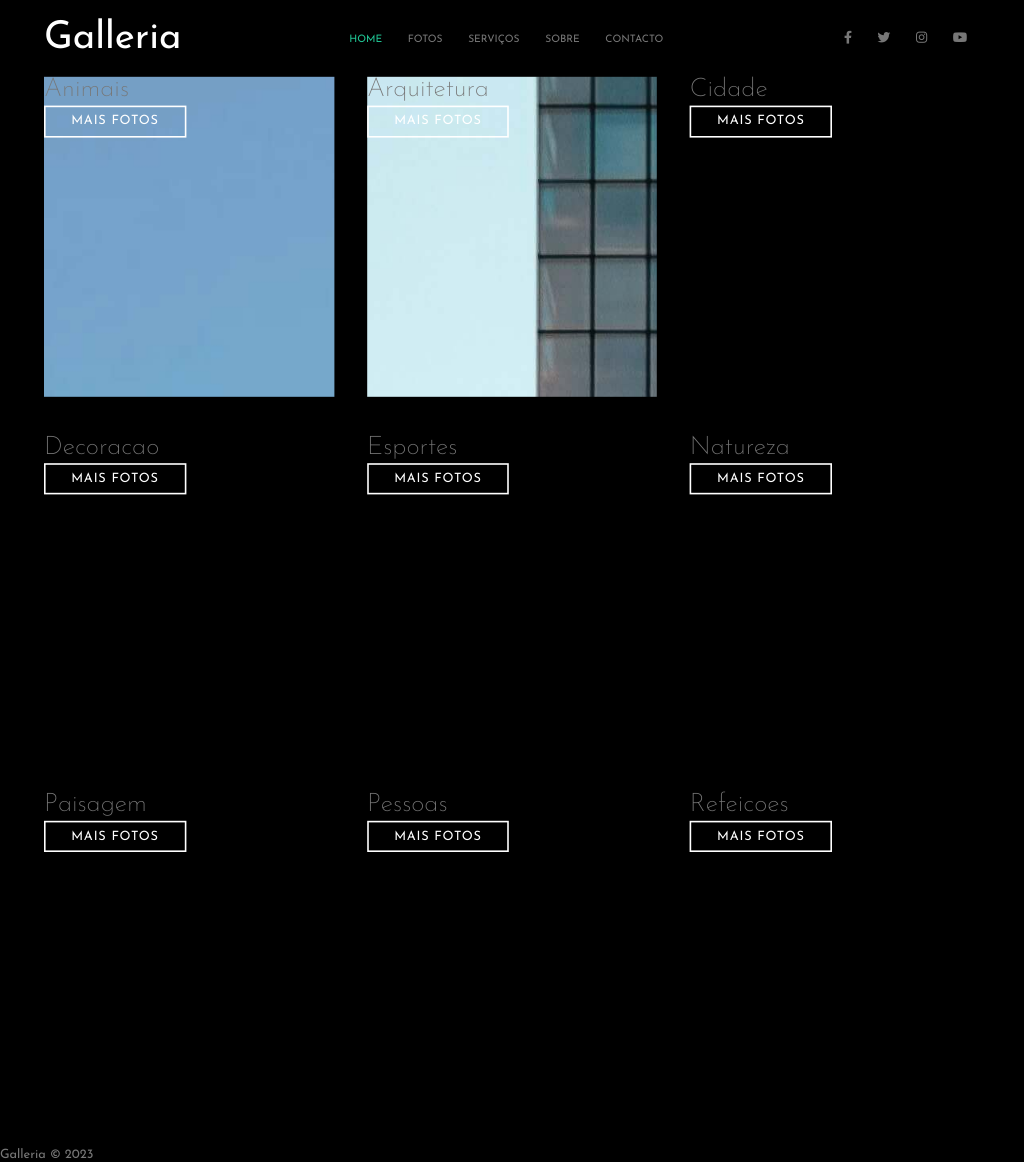
Repository: AghastyGD/gallery-sass
Page: index.html
These files come from the project's save history. The page is drawn as it stood at one moment and after the next save; the edit follows.
The browser window is 1280 px wide. The pictures show the whole page, at 80% of full size.
The style sheet was rebuilt from its Sass, Less or Tailwind sources for each picture, by a compiler version that may differ from the author's.

Above is the page before, as saved 2023-10-13 18:33:40.

### index.html
<!DOCTYPE html>
<html lang="en">
<head>
    <meta charset="UTF-8">
    <meta http-equiv="X-UA-Compatible" content="IE=edge">
    <meta name="viewport" content="width=device-width, initial-scale=1.0">

    <title>Galleria</title>
    <link rel="stylesheet" href="css/styles.css">
    <link rel="preconnect" href="https://fonts.googleapis.com">
    <link rel="preconnect" href="https://fonts.gstatic.com" crossorigin>
    <link href="https://fonts.googleapis.com/css2?family=Josefin+Sans:ital,wght@0,200;0,400;0,500;0,600;1,100;1,200;1,300;1,400;1,500;1,600;1,700&display=swap" rel="stylesheet">
    <link rel="stylesheet" href="https://cdnjs.cloudflare.com/ajax/libs/font-awesome/6.4.2/css/all.min.css" integrity="sha512-z3gLpd7yknf1YoNbCzqRKc4qyor8gaKU1qmn+CShxbuBusANI9QpRohGBreCFkKxLhei6S9CQXFEbbKuqLg0DA==" crossorigin="anonymous" referrerpolicy="no-referrer" />
</head>
<body>
    <header class="header">
        <a href="" class="header-brand">Galleria</a>
        <nav class="header-navbar">
            <ul>
                <li>
                    <a href="#" class="active">Home</a>
                </li>
                <li>
                    <a href="#">Fotos</a>
                </li>
                <li>
                    <a href="#">Serviços</a>
                </li>
                <li>
                    <a href="#">Sobre</a>
                </li>
                <li>
                    <a href="#">Contacto</a>
                </li>
            </ul>
        </nav>
        <div class="header-social-media">
            <ul>
                <li>
                    <a href="#">
                        <i class="fab fa-facebook-f"></i>
                    </a>
                </li>
                <li>
                    <a href="#">
                        <i class="fab fa-twitter"></i>
                    </a>
                </li>
                <li>
                    <a href="#">
                        <i class="fab fa-instagram"></i>
                    </a>
                </li>
                <li>
                    <a href="#">
                        <i class="fab fa-youtube"></i>
                    </a>
                </li>
            </ul>
        </div>
    </header>
    <main>
        <div class="gallery">
            <div class="gallery-card" id="card-1">
                <h2 class="gallery-card-title">Animais</h2>
                <a href="" class="gallery-card-btn">Mais fotos</a>
            </div>
            <div class="gallery-card" id="card-2">
                <h2 class="gallery-card-title">Arquitetura</h2>
                <a href="" class="gallery-card-btn">Mais fotos</a>
            </div>
            <div class="gallery-card" id="card-3">
                <h2 class="gallery-card-title">Cidade</h2>
                <a href="" class="gallery-card-btn">Mais fotos</a>
            </div>
            <div class="gallery-card" id="card-4">
                <h2 class="gallery-card-title">Decoracao</h2>
                <a href="" class="gallery-card-btn">Mais fotos</a>
            </div>
            <div class="gallery-card" id="card-5">
                <h2 class="gallery-card-title">Esportes</h2>
                <a href="" class="gallery-card-btn">Mais fotos</a>
            </div>
            <div class="gallery-card" id="card-6">
                <h2 class="gallery-card-title">Natureza</h2>
                <a href="" class="gallery-card-btn">Mais fotos</a>
            </div>
            <div class="gallery-card" id="card-7">
                <h2 class="gallery-card-title">Paisagem</h2>
                <a href="" class="gallery-card-btn">Mais fotos</a>
            </div>
            <div class="gallery-card" id="card-8">
                <h2 class="gallery-card-title">Pessoas</h2>
                <a href="" class="gallery-card-btn">Mais fotos</a>
            </div>
            <div class="gallery-card" id="card-9">
                <h2 class="gallery-card-title">Refeicoes</h2>
                <a href="" class="gallery-card-btn">Mais fotos</a>
            </div>
        </div>
    </main>
    <footer>
        <p><span>Galleria</span> &copy; 2023</p>
    </footer>

</body>
</html>

### sass/styles.sass
@use 'variables'
@use 'mixins'

*
  font-family: 'Josefin Sans'
  padding: 0
  margin: 0
  box-sizing: border-box

body
  background-color: variables.$bg-color
  color: variables.$text-color

  a
    color: variables.$text-color
    text-decoration: none
    transition: .4s

  ul
    list-style: none

.header
  display: flex
  justify-content: space-between
  @include mixins.container

  &-brand // .header-brand
    color: variables.$primary-color
    font-size: 3rem

  &-navbar // .header-navbar

    ul
      height: 100%
      @include mixins.flex-center

      li
        margin: 0 1rem
        text-transform: uppercase
        font-size: .8rem

        .active
          color: variables.$secondary-color

        a
          &:hover
            color: variables.$secondary-color

  &-social-media

    ul
      @include mixins.flex-center
      height: 100%

      li
        margin: 0 1rem

        a

          &:hover
            color: variables.$primary-color


.gallery
  @include mixins.flex-center
  @include mixins.container
  flex-wrap: wrap
  justify-content: space-between
  padding: 0

  &-card // .gallery-card
    width: 31%
    height: 400px
    margin-bottom: 4%

    &-title
      font-size: 2rem
      font-weight: 300
      margin-bottom: 1rem

    &-btn
      padding: .6rem 2rem
      border: 2px solid variables.$primary-color
      color: variables.$primary-color
      font-weight: 400
      text-transform: uppercase
      letter-spacing: 1px

      &:hover
        background-color: variables.$primary-color
        color: variables.$bg-color

  #card-1
    @include mixins.bg-img('animais.jpg')

  #card-2
    @include mixins.bg-img('arquitetura.jpg')

### sass/_variables.sass
$primary-color: #FFF
$secondary-color: #20C997
$text-color: #777
$bg-color: #000
$container-width: 1170px

### sass/_mixins.sass
@use 'variables'

@mixin container
    max-width: variables.$container-width
    padding: 1.5rem 0
    margin: 0 auto

@mixin flex-center
    display: flex
    align-items: center
    justify-content: center

@mixin bg-img($img)
    background-image: url('../img/#{$img}')

After the next save:
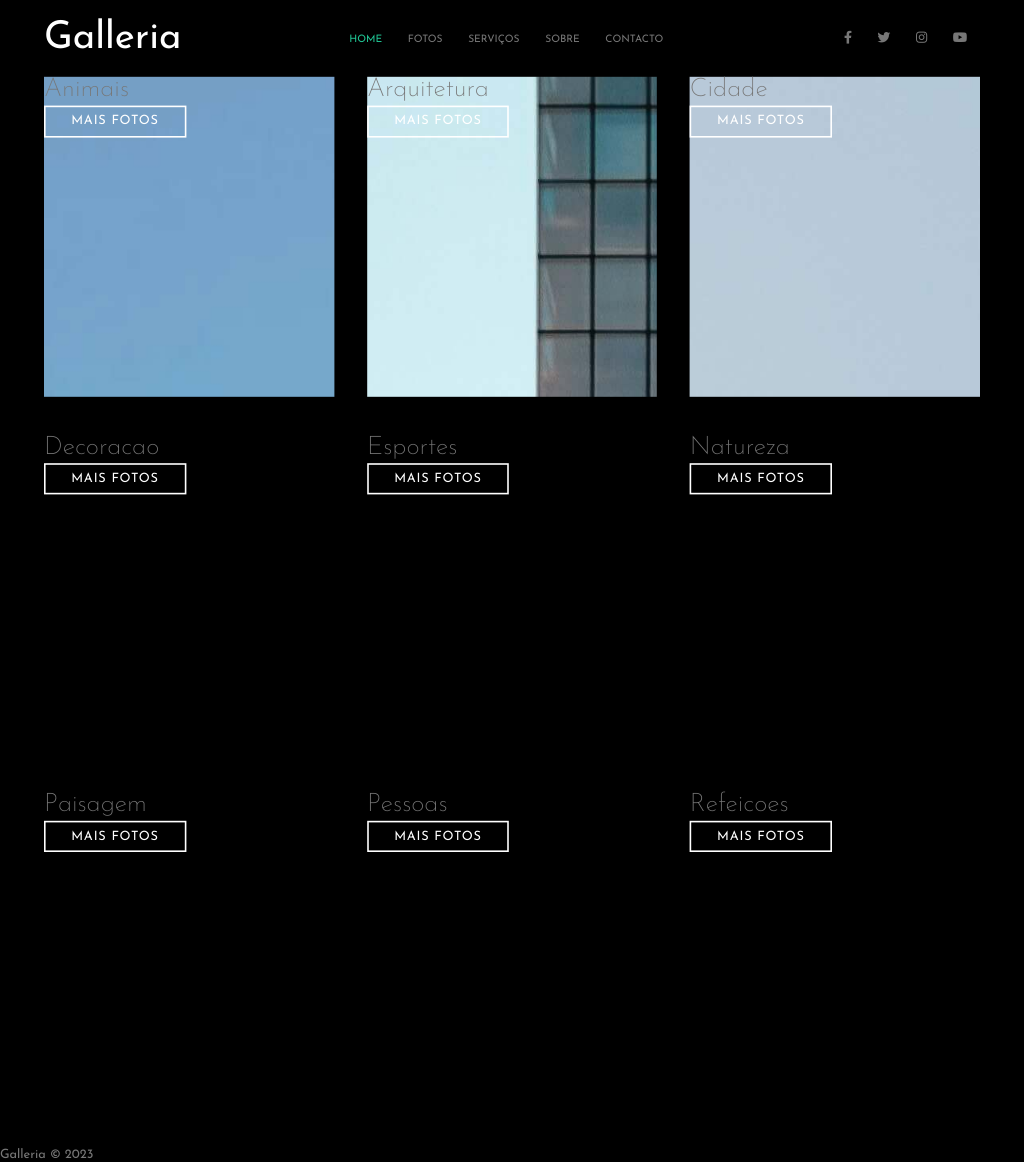
Saved 20 s later.
--- a/sass/styles.sass
+++ b/sass/styles.sass
@@ -95,3 +95,6 @@ body
 
   #card-2
     @include mixins.bg-img('arquitetura.jpg')
+
+  #card-3
+    @include mixins.bg-img('cidade.jpg')
